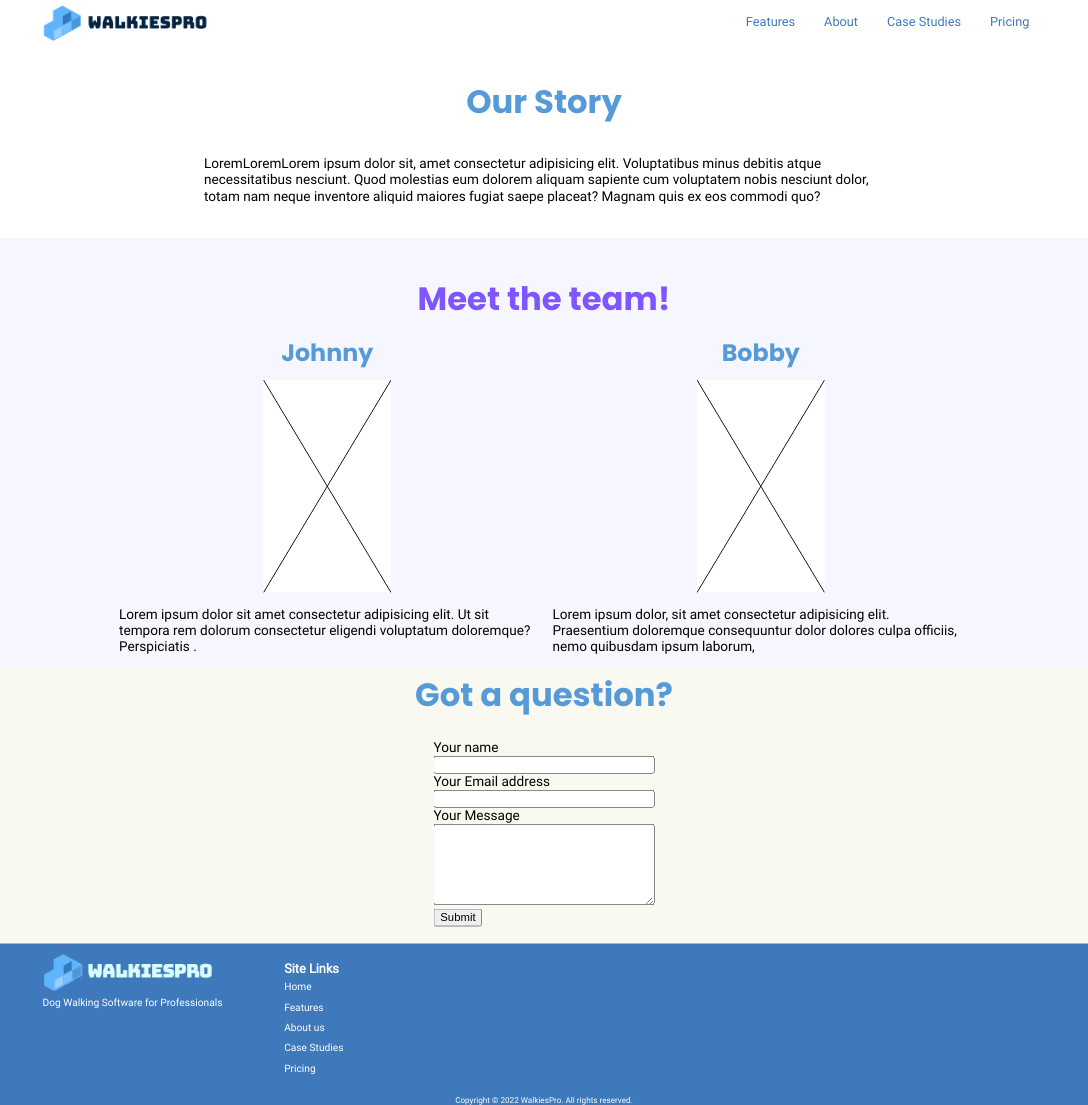
Repository: StevieC87/LAYOUT4
Page: about-us.html
An editor plug-in stored every save of this project. The page is shown before and after the next save, followed by the edit.
The browser window is 1280 px wide. The pictures show the whole page, at 85% of full size.

Above is the page before, as saved 2022-01-02 16:40:48.

After the next save:
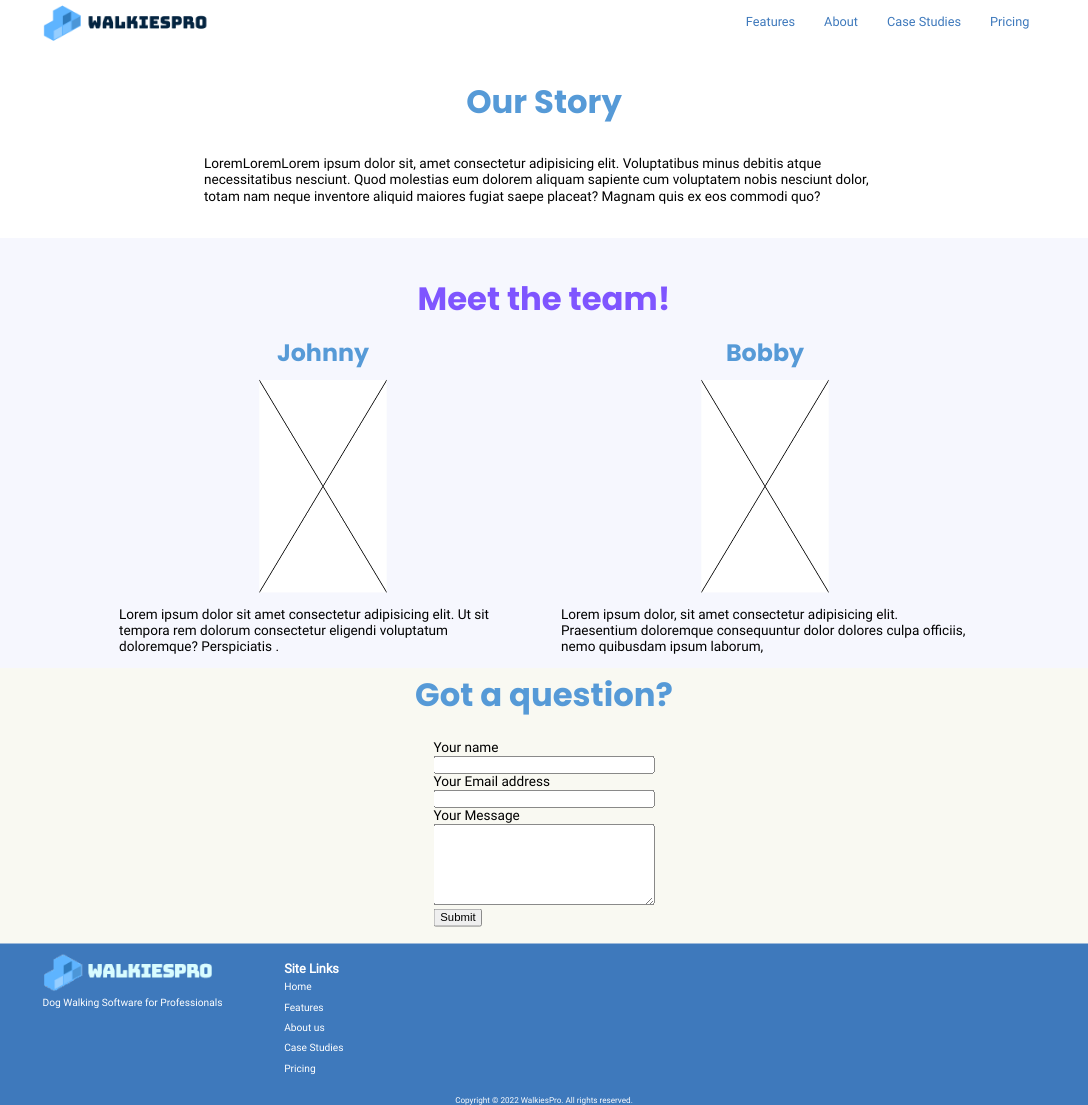
Saved 7 s later.
--- a/css/aboutus.css
+++ b/css/aboutus.css
@@ -44,7 +44,7 @@ ABOUT US
   justify-content: center;
   display: grid;
   grid-template-columns: 1fr;
-  grid-gap: 20px;
+  grid-gap: 40px;
 }
 .contactuswrapper {
   background-color: #f9f9f2;
